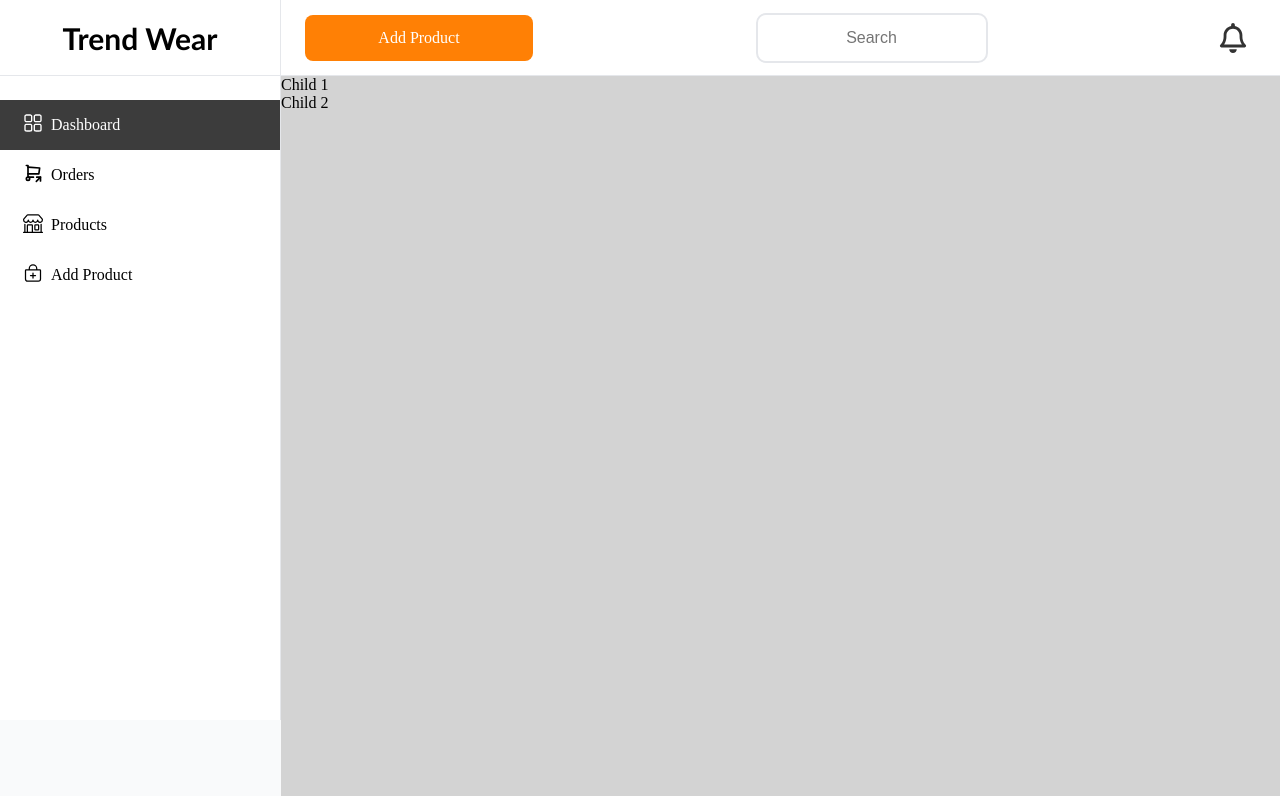
Repository: ahmad-dev7/TrendWear
Page: / (app in trend_wear_dashboard/)
An editor plug-in stored every save of this project. The page is shown before and after the next save, followed by the edit.
The browser window is 1280 px wide. The pictures show the whole page.
The project was rebuilt for these pictures with package versions that can differ from the ones it lists, and the page was loaded fresh each time. Also part of the build but not shown: trend_wear_dashboard/vite.config.ts.

Above is the page before, as saved 2025-01-19 23:44:02.

### trend_wear_dashboard/index.html
<!doctype html>
<html lang="en">

<head>
  <meta charset="UTF-8" />
  <link rel="icon" type="image/svg+xml" href="/vite.svg" />
  <meta name="viewport" content="width=device-width, initial-scale=1.0" />
  <title>Trend Wear</title>
</head>

<body>
  <div id="root"></div>
  <script type="module" src="/src/main.tsx"></script>
</body>

</html>

### trend_wear_dashboard/src/main.tsx
import { StrictMode } from "react";
import { createRoot } from "react-dom/client";
//import "bootstrap/dist/css/bootstrap.css";
import "./App.css";
import App from "./App.tsx";

createRoot(document.getElementById("root")!).render(
  <StrictMode>
    <App />
  </StrictMode>
);

### trend_wear_dashboard/src/App.css
body {
    background-color: #F9FAFB;
    padding: 0;
    margin: 0;
}

#parent {
    display: flex;
}

### trend_wear_dashboard/src/App.tsx
import { useState } from "react";
import Body from "./Components/Body/Body";
import Navbar from "./Components/Navbar/Navbar";
import Sidebar from "./Components/Sidebar/Sidebar";
import AddProducts from "./Components/AddProduct/AddProduct";

function App() {
  const [body, setBody] = useState("Dashboard");

  return (
    <div id="parent">
      <Sidebar onSelectTab={setBody} />
      <div style={{ flex: 1 }}>
        <Navbar />
        <Body>
          <AddProducts />
        </Body>
      </div>
    </div>
  );
}

export default App;

### trend_wear_dashboard/src/Components/Body/Body.tsx
// Body.tsx
import "./Body.css";

interface Props {
  children: React.ReactNode;
}

const Body = ({ children }: Props) => {
  return <div id="body-content">{children}</div>;
};

export default Body;

### trend_wear_dashboard/src/Components/Navbar/Navbar.tsx
import "./Navbar.css";
import { FaRegBell } from "react-icons/fa6";

const Navbar = () => {
  return (
    <div>
      <div id="top-navbar">
        <div className="nav-item add-product-button">Add Product</div>
        <input className="nav-item" placeholder="Search" type="text" />
        <FaRegBell className="nav-item icon"></FaRegBell>
      </div>
    </div>
  );
};

export default Navbar;

### trend_wear_dashboard/src/Components/Sidebar/Sidebar.tsx
import "./Sidebar.css";
import SidebarContent from "./SidebarContent";
import { RxDashboard } from "react-icons/rx";
import { TbShoppingCartShare } from "react-icons/tb";
import { BsShop } from "react-icons/bs";
import { IoBagAddOutline } from "react-icons/io5";

interface Props {
  onSelectTab: (tab: string) => void;
}

const Sidebar = ({ onSelectTab }: Props) => {
  interface Tabs {
    icon: JSX.Element;
    label: string;
  }

  const tabs: Tabs[] = [
    { label: "Dashboard", icon: <RxDashboard size={20} /> },
    { label: "Orders", icon: <TbShoppingCartShare size={20} /> },
    { label: "Products", icon: <BsShop size={20} /> },
    { label: "Add Product", icon: <IoBagAddOutline size={20} /> },
  ];

  return (
    <div id="sidebar">
      <div className="header">Trend Wear</div>
      <ul id="sidebar-content">
        <SidebarContent tabsList={tabs} onSelectTab={onSelectTab} />
      </ul>
    </div>
  );
};

export default Sidebar;

### trend_wear_dashboard/src/Components/AddProduct/AddProduct.tsx
const AddProduct = () => {
  return (
    <div className="parent">
      <div className="child">Child 1</div>
      <div className="child">Child 2</div>
    </div>
  );
};

export default AddProduct;

### trend_wear_dashboard/src/Components/Body/Body.css
/* #content-body {
    margin: 24px;
    background-color: white;
    display: flex;
    align-items: center;
    justify-content: center;
    border: 1px solid #e5e7eb;
    border-radius: 8px;
} */

#body-content {
    display: flex;
    flex-direction: column;
    height: 100vh;
    /* Full viewport height */
    width: 100%;
    /* Full width */
    background-color: lightgray;
    /* Debug color */
    box-sizing: border-box;
}

### trend_wear_dashboard/src/Components/Navbar/Navbar.css
#top-navbar {
    display: flex;
    justify-content: space-between;
    align-items: center;
    /* padding: 0 24px; */
    background-color: white;
    height: 75px;
    width: 100%;
    border-bottom: 1px solid #e5e7eb;
}

.nav-item {
    font-size: 16px;
    color: #333;
    text-align: center;
    width: 200px;
    border-radius: 8px;
    padding: 14px;
    text-decoration: none;
}

.add-product-button {
    color: white;
    margin-left: 24px;
    background-color: #ff8005;
}

#top-navbar input {
    border: none;
    outline: 2px solid #e5e7eb;
    flex-grow: 1;
    max-width: 200px;
}

#top-navbar .icon {
    height: 30px;
    width: 30px;
    margin-right: 24px;
}

### trend_wear_dashboard/src/Components/Sidebar/Sidebar.css
/* Sidebar.css */
#sidebar {
    background-color: white;
    width: 280px;
    height: 100vh;
    border-right: 1px solid #e5e7eb;
}

#sidebar .header {
    display: flex;
    justify-content: center;
    align-items: center;
    height: 75px;
    font-size: 30px;
    font-weight: bold;
    font-family: 'Gill Sans', 'Gill Sans MT', Calibri, 'Trebuchet MS', sans-serif;
    background-color: white;
    text-align: center;
    border-bottom: 1px solid #e5e7eb;
}

#sidebar-content {
    list-style-type: none;
    margin-top: 24px;
    padding: 0;
    cursor: pointer;
}

#sidebar-content .tab {
    height: 50px;
    color: black;
    display: flex;
    align-items: center;
    padding-left: 15px;
}

.icon {
    padding: 8px;
}

#sidebar-content .active {
    background-color: #3c3c3c;
    color: white;
}

#sidebar-content .tab:hover:not(.active) {
    background-color: #e5e7eb;
}

### trend_wear_dashboard/src/Components/Sidebar/SidebarContent.tsx
import "./Sidebar.css";
import { useState } from "react";

interface Tabs {
  icon: JSX.Element;
  label: string;
}

interface Props {
  tabsList: Tabs[];
  onSelectTab: (tab: string) => void;
}

const SidebarContent = ({ tabsList, onSelectTab }: Props) => {
  const [active, setTab] = useState("Dashboard");
  return (
    <>
      {tabsList.map((tab) => (
        <li
          key={tab.label}
          className={"tab " + (tab.label == active && "active")}
          onClick={() => {
            setTab(tab.label);
            onSelectTab(tab.label);
          }}
        >
          <div className="icon">{tab.icon}</div>
          <div className="label">{tab.label}</div>
        </li>
      ))}
    </>
  );
};

export default SidebarContent;

### trend_wear_dashboard/src/Components/AddProduct/AddProduct.css
/* AddProduct.css */
.parent {
    display: flex;
    width: 100%;
    /* Full width */
    height: 100px;
    /* Fixed height */
    background-color: red;
    /* Visible debug color */
    box-sizing: border-box;
}

.child {
    flex: 1;
    /* Equal width for children */
    padding: 10px;
    text-align: center;
    border: 1px solid #ccc;
    /* Optional border for debugging */
}

After the next save:
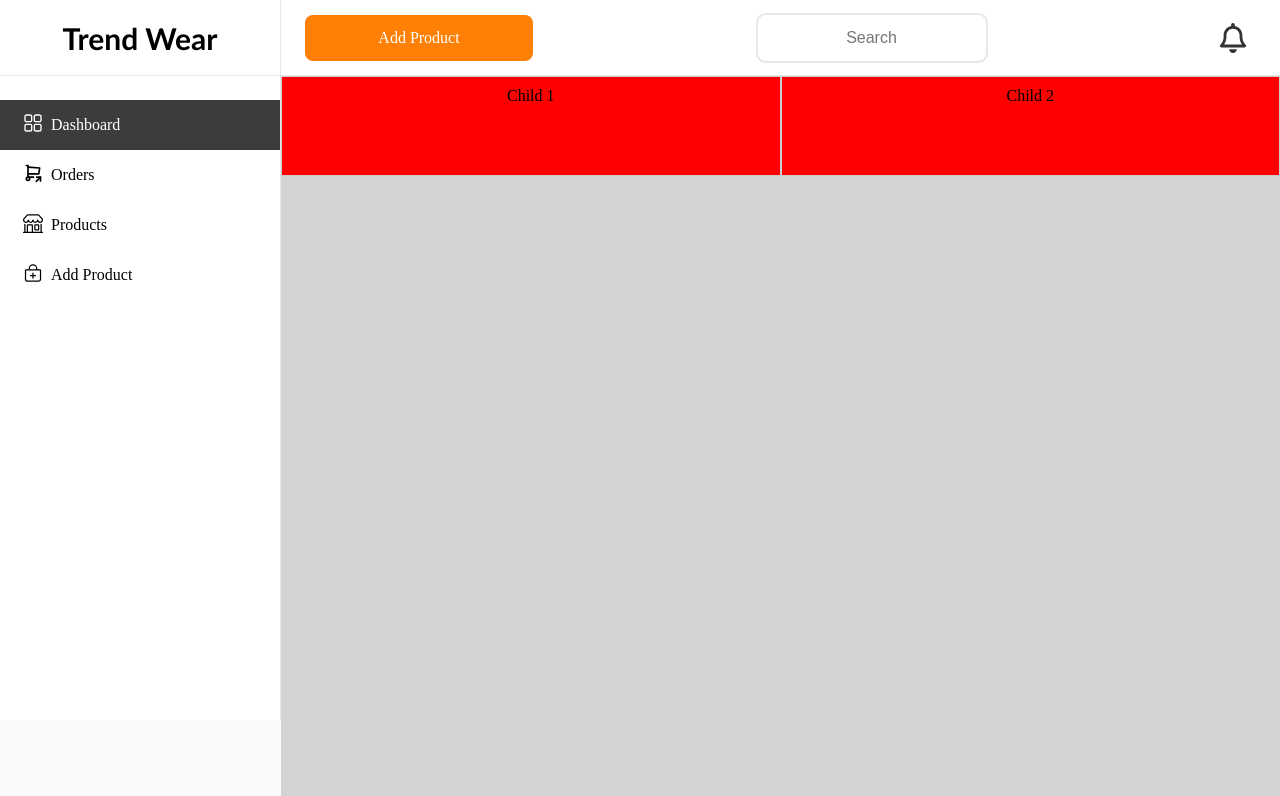
Saved 52 s later.
--- a/trend_wear_dashboard/src/Components/AddProduct/AddProduct.tsx
+++ b/trend_wear_dashboard/src/Components/AddProduct/AddProduct.tsx
@@ -1,3 +1,6 @@
+// AddProduct.tsx
+import "./AddProduct.css";
+
 const AddProduct = () => {
   return (
     <div className="parent">
